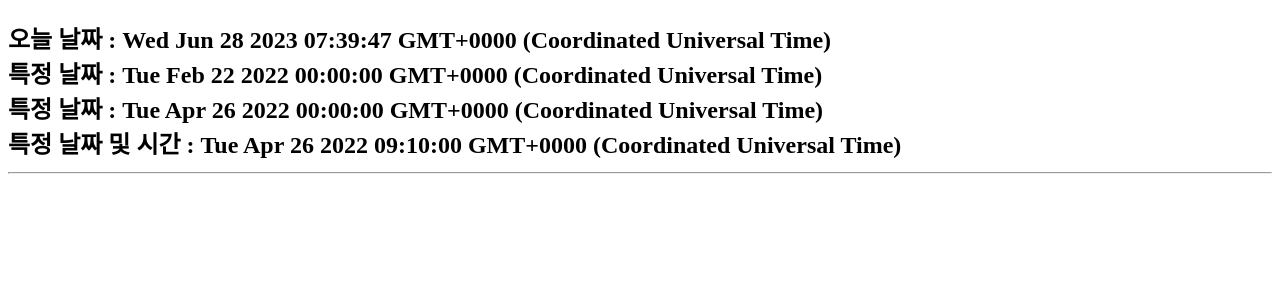
Repository: ady0099/webstudy
Page: 03_javascript/src/main/webapp/day03/ex02_date.html
The author's editor kept a copy of each file at every save. The page is drawn from the files as they stood at one save, then again after the next save.
The browser window is 1280 px wide. The pictures show the whole page.

Above is the page before, as saved 2023-06-29 02:04:21.

After the next save:
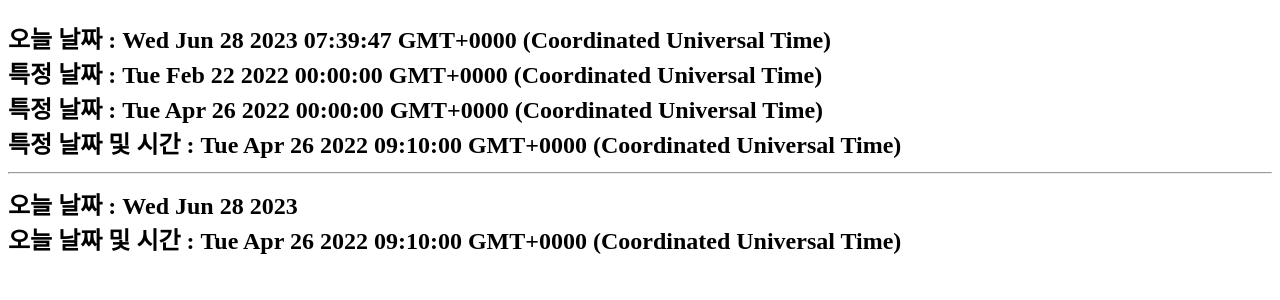
Saved 21 s later.
--- a/03_javascript/src/main/webapp/day03/ex02_date.html
+++ b/03_javascript/src/main/webapp/day03/ex02_date.html
@@ -13,6 +13,8 @@
 			document.write("특정 날짜 및 시간 : "+new Date(2022,04-1,26,09,10)+"<br>");
 			document.write("<hr>");
 
+			document.write("오늘 날짜 : "+new Date().toDateString()+"<br>");
+			document.write("오늘 날짜 및 시간 : "+new Date(2022,04-1,26,09,10)+"<br>");
 
 
 			document.write("</h2>");
